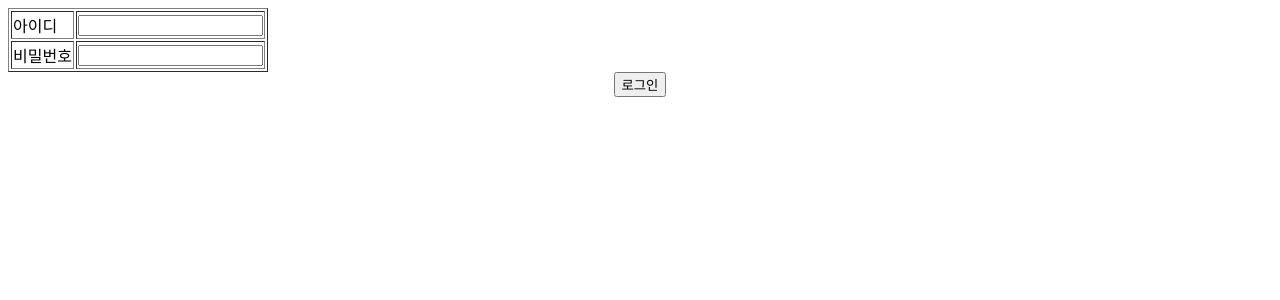
Repository: salee1023/JSP_Practice
Page: HTML_CSS_JS_practice01/src/main/webapp/form_tag.htm
The author's editor kept a copy of each file at every save. The page is drawn from the files as they stood at one save, then again after the next save.
The browser window is 1280 px wide. The pictures show the whole page.

Above is the page before, as saved 2021-08-16 11:23:23.

### HTML_CSS_JS_practice01/src/main/webapp/form_tag.htm
<!DOCTYPE html>
<html>
<head>
<meta charset="UTF-8">
<title>폼태그 연습</title>
</head>
<body>
	<!--
		폼을 구성하는 태그들
		  : 폼은 데이터를 전송할 때 사용하는 태그,
		  회원가입을 할 때 이름, 전화번호, 주소...

		<form> 자신의 태그내에 있는 데이터를 지정한 웹 주소로 전송해준다.
		데이터 전송방식
		  GET방식 : 데이터용량이 작은 256~4096바이트
		  POST방식 : 대용량의 데이터를 보낼 때 유용하다.

		  <form> 속성 :
		    method : 데이터 전송방식을 지정
		    name : 폼의 이름을 지정. 자바스크립트에서 폼내의 데이터를 구분할 때 사용한다.
		    action : 폼내의 데이터를 이동시킬 위치를 지정한다.
		    enctype : 대용량 파일의 데이터 속성을 지정한다.

		  구성태그들
		  ---------------
		  <input>
	-->
	<form action="http://www.naver.com/index.html">
		<table border = 1>
			<tr>
				<td>아이디</td>
				<td>
					<input type="text" id="name">
				</td>
			</tr>
			<tr>
				<td>비밀번호</td>
				<td>
					<input type="password" id="pw">
				</td>
			</tr>
		</table>
		<div align="center"><input type="submit" value="로그인"></div>
	</form>
</body>
</html>

After the next save:
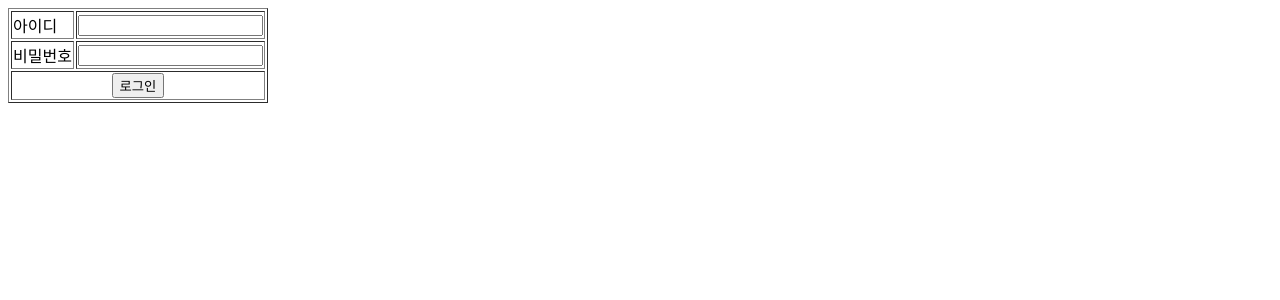
Saved 92 s later.
--- a/HTML_CSS_JS_practice01/src/main/webapp/form_tag.htm
+++ b/HTML_CSS_JS_practice01/src/main/webapp/form_tag.htm
@@ -39,8 +39,13 @@
 					<input type="password" id="pw">
 				</td>
 			</tr>
+			<tr>
+				<td colspan=2>
+					<div align="center"><input type="submit" value="로그인"></div>
+				</td>
+			</tr>
 		</table>
-		<div align="center"><input type="submit" value="로그인"></div>
+
 	</form>
 </body>
 </html>
